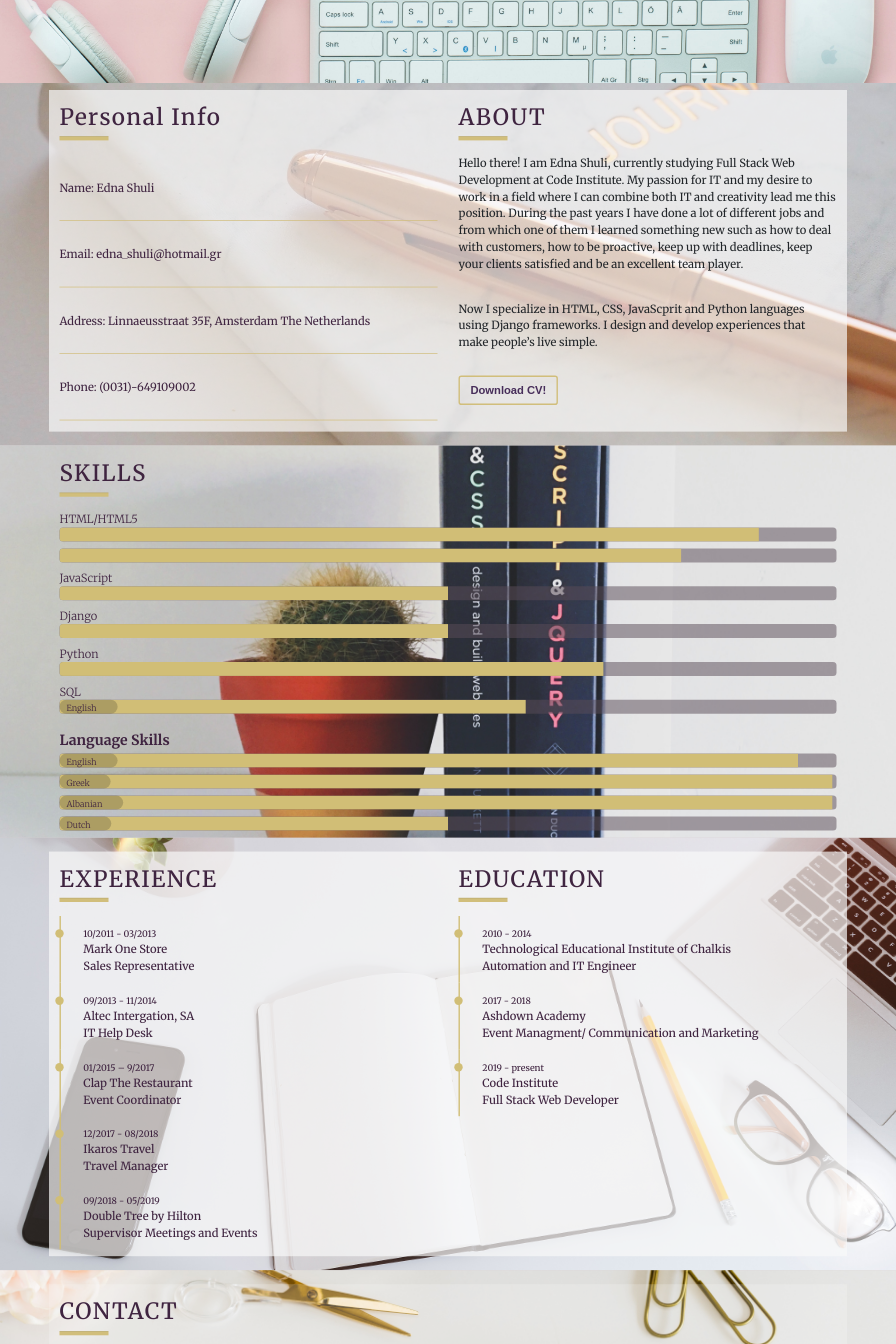
Repository: edshuli/Portfolio
Page: index.html
The author's editor kept a record of every edit. The page is drawn from the files as they stood at one moment, then again after the next edit.
The browser window is 1280 px wide. The pictures show the part of the page from y = 601 to 2521 px (the page is 3008 px tall), at 70% of full size.
Backgrounds fixed to the window are drawn as part of the page. Some web fonts or font styles are not loaded; a fallback is used.

Above is the page before.

After the next edit:
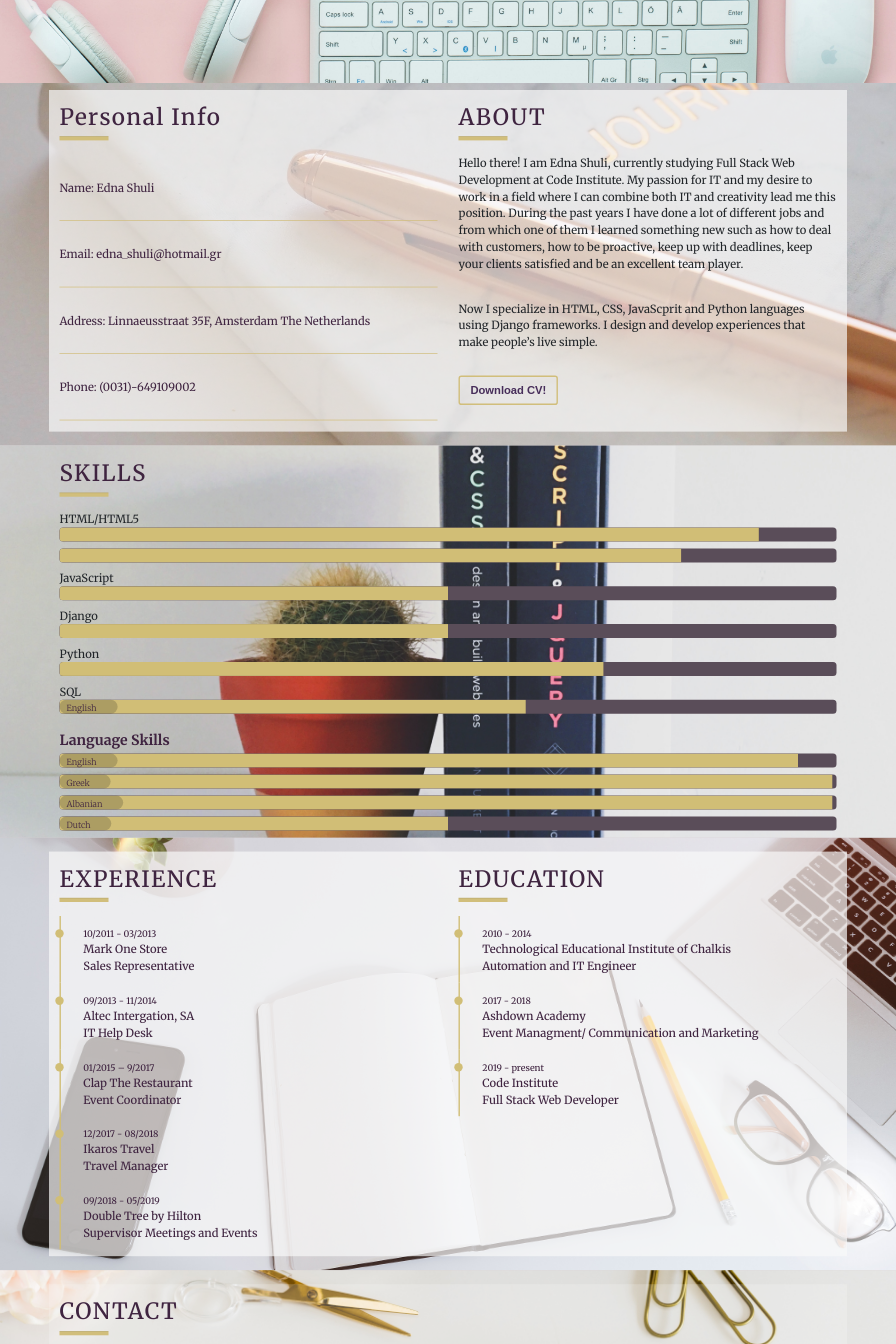
The edit:
--- a/assets/css/style.css
+++ b/assets/css/style.css
@@ -223,13 +223,10 @@
     margin-bottom: 15px;
 }
 
-.skill-item-desc {
-    font-weight: 200;
-    color: #3f2440;
-}
+
 
 .progress {
-    background-color: rgba(90, 77, 89, 0.51);
+    background-color: rgb(90, 77, 89);
     border-radius: 5px;
     margin-bottom: 10px;
     height: 20px;
